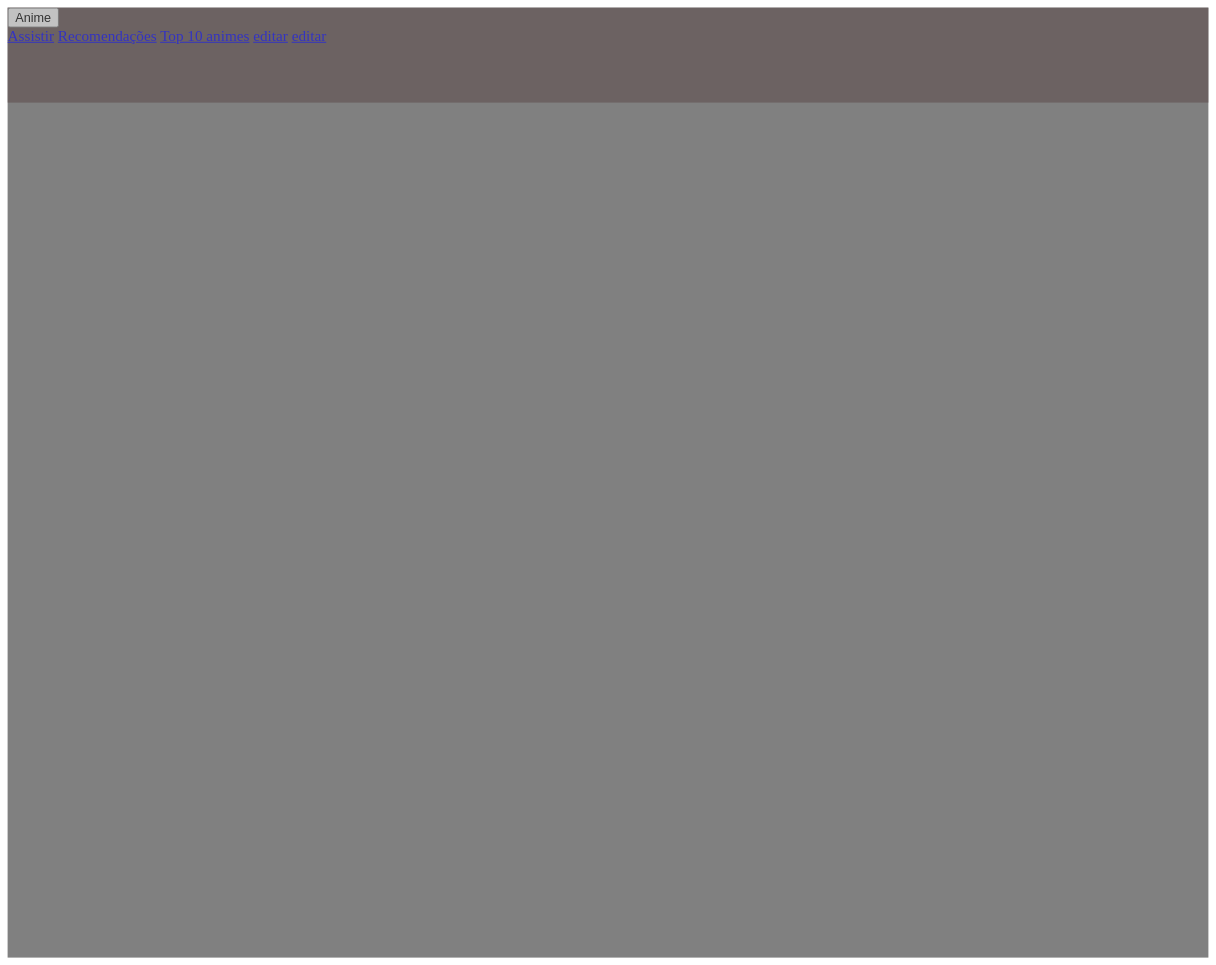
Repository: iraiore/trabalho-web-i-anime
Page: index.html
An editor plug-in stored every save of this project. The page is shown before and after a run of saves, followed by the edit.
The browser window is 1280 px wide. The pictures show the whole page, at 95% of full size.

Above is the page before, as saved 2023-08-28 22:21:16.

After the next 5 saves:
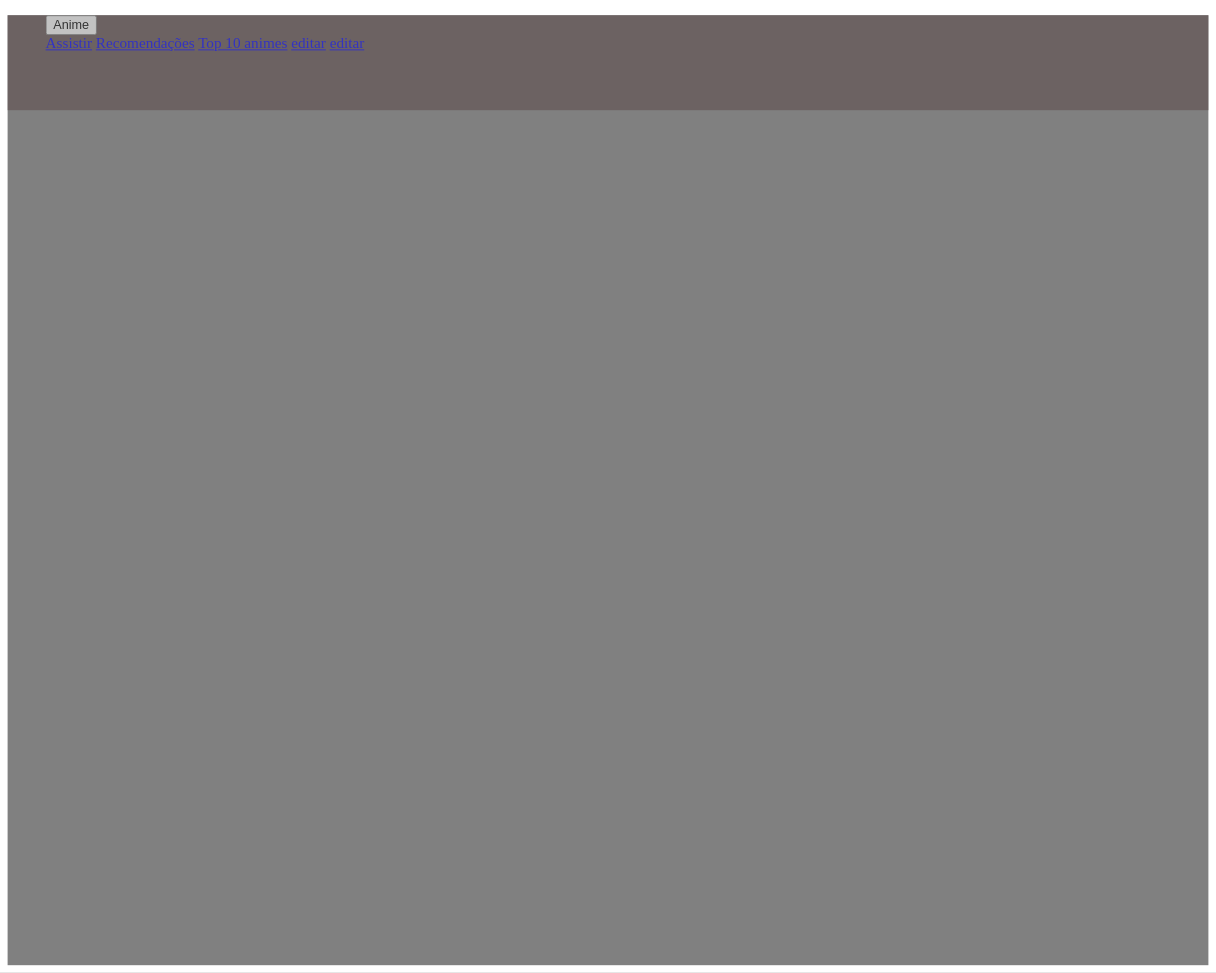
The 5 saves are shown as one change because they came seconds apart.
The last was saved 103 s later.
--- a/index.html
+++ b/index.html
@@ -10,6 +10,7 @@
 <body>
     <div id="site">
         <div id="header">
+            <menu>
             <div class="menu-dropdown" style="float:left;">
                 <button class="botao-menu">Anime</button>
                 <div class="lista-opcoes">
@@ -19,6 +20,7 @@
                 <a href="#">editar</a>
                 <a href="#">editar</a>
                 </div>
+
         </div>
     </div>
 </body>
